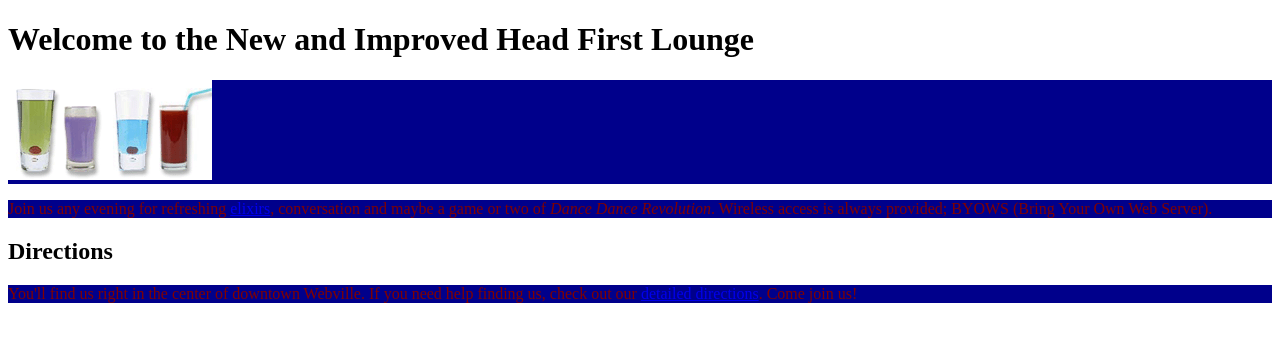
Repository: Dearning/head-first-html-css
Page: chapter7/lounge.html
These files come from the project's save history. The page is drawn as it stood at one moment and after the next save; the edit follows.
The browser window is 1280 px wide. The pictures show the whole page.

Above is the page before, as saved 2021-09-20 18:34:56.

After the next save:
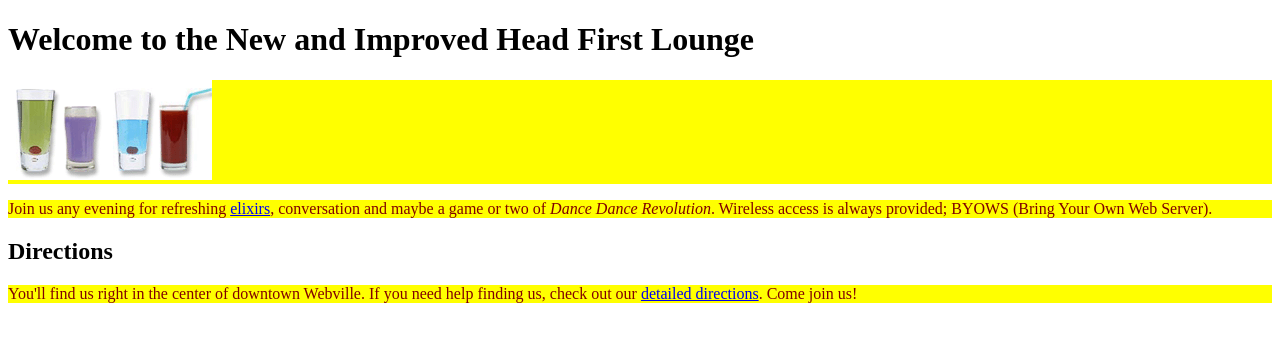
Saved 7 s later.
--- a/chapter7/lounge.html
+++ b/chapter7/lounge.html
@@ -5,7 +5,7 @@
     <title>Head First Lounge</title>
     <style>
       p{color: maroon;
-      background-color: darkblue;}
+      background-color: yellow;}
     </style>
   </head>
   <body>
